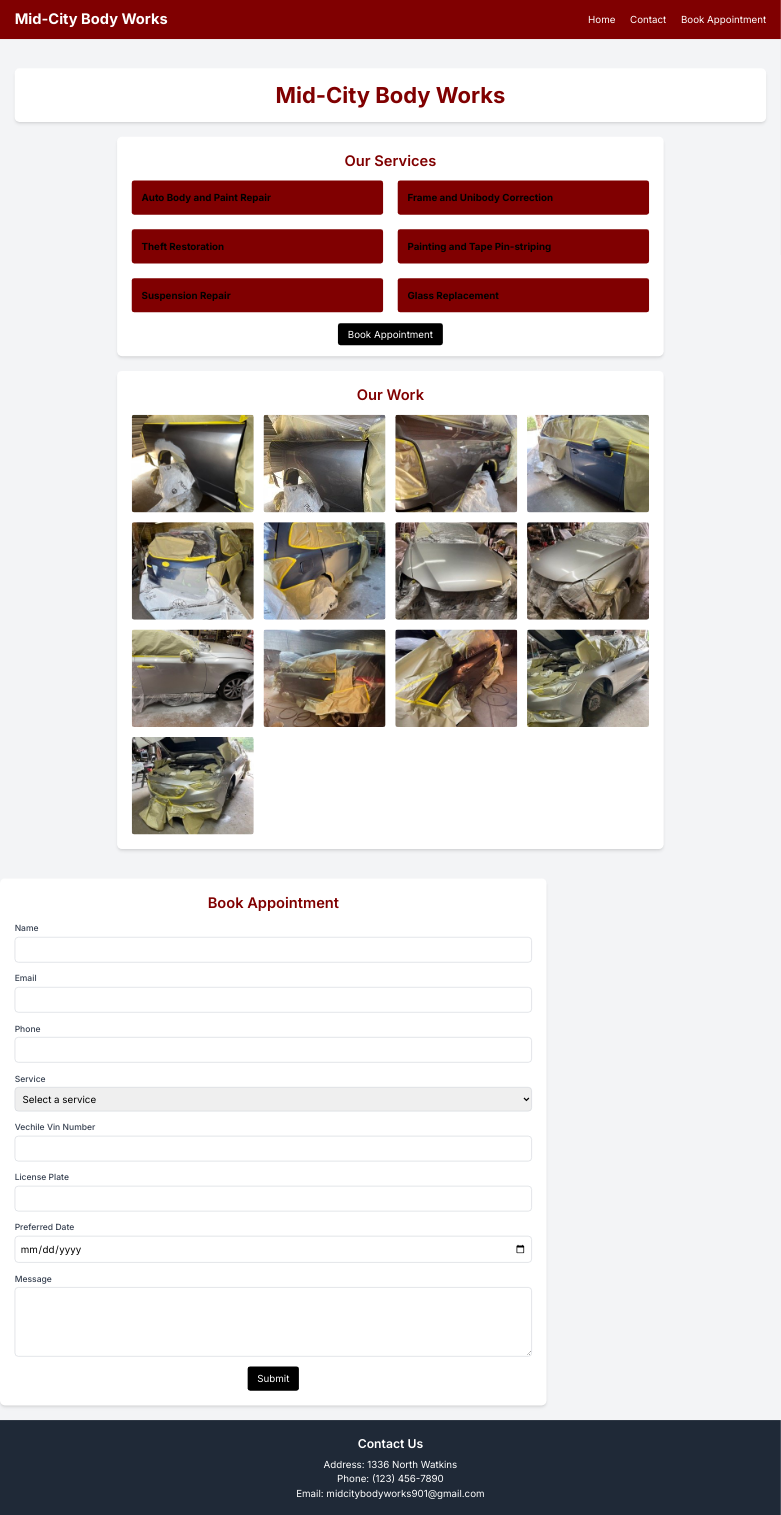
Repository: kayacancode/midcitybodyworks
Page: /
The author's editor kept a copy of each file at every save. The page is drawn from the files as they stood at one save, then again after the next save.
The browser window is 1280 px wide. The pictures show the whole page, at 61% of full size.
The project was rebuilt for these pictures with package versions that can differ from the ones it lists, and the page was loaded fresh each time. The framework's server and built-in components were replaced by stand-ins that run in the browser. Also part of the build but not shown: next.config.mjs.

Above is the page before, as saved 2024-06-29 12:37:51.

After the next save:
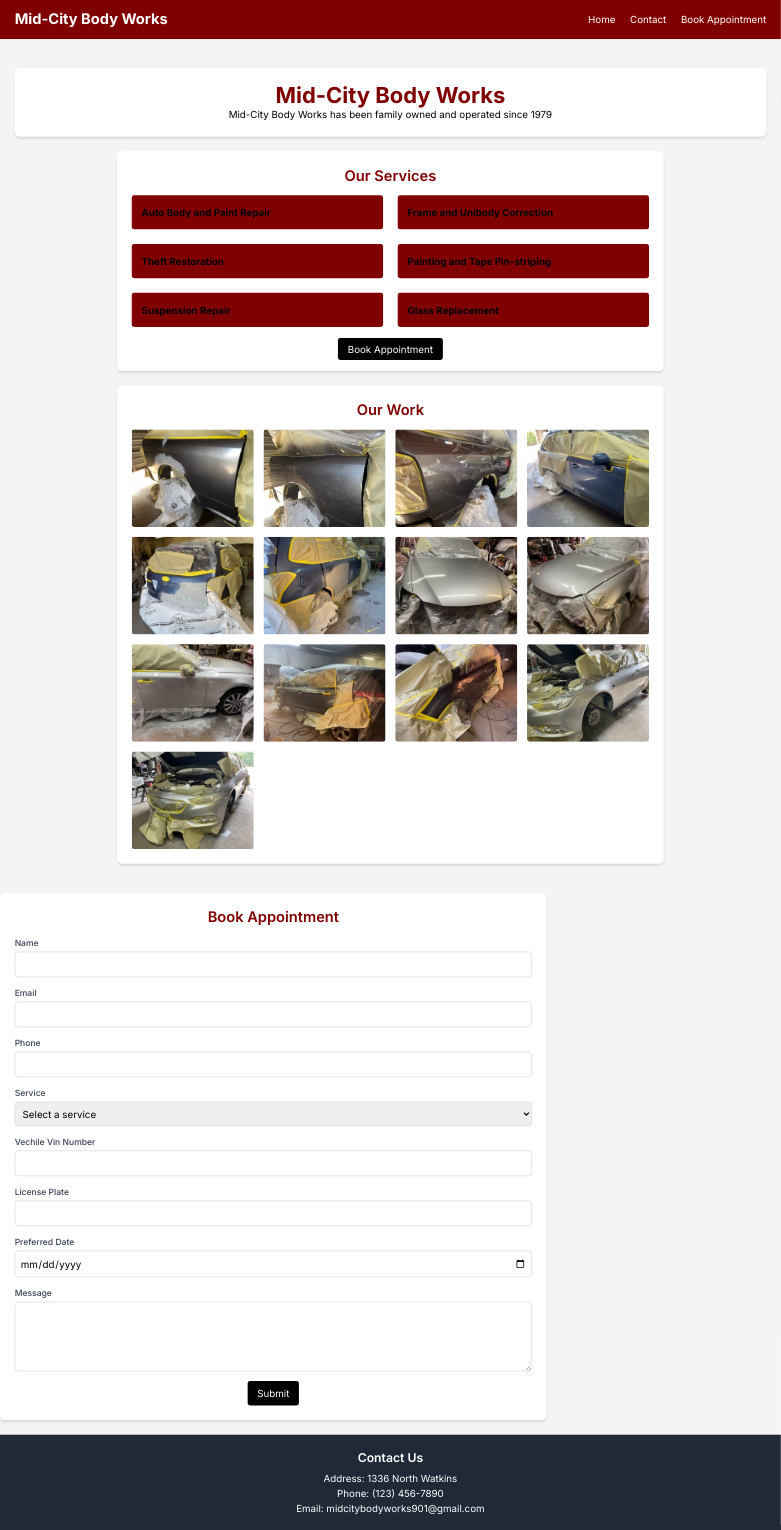
Saved 92 s later.
--- a/src/app/page.js
+++ b/src/app/page.js
@@ -62,6 +62,7 @@ export default function Home() {
       <main className="flex flex-col items-center p-6">
         <section id="home" className="w-full bg-white p-6 rounded-lg shadow-md mt-6 text-center">
           <h1 className="text-4xl font-bold text-[#800001]">Mid-City Body Works</h1>
+          <p>Mid-City Body Works has been family owned and operated since 1979</p>
         </section>
 
         {/* Our Services Section */}
@@ -92,7 +93,7 @@ export default function Home() {
           </div>
         </section>
 
-        {/* Placeholder Photo Section */}
+        {/*  Photo Section */}
         <section className="w-full max-w-4xl bg-white p-6 rounded-lg shadow-md mt-6">
           <h2 className="text-2xl font-semibold mb-4 text-center text-[#800001]">Our Work</h2>
           <div className="grid grid-cols-2 sm:grid-cols-4 gap-4">
